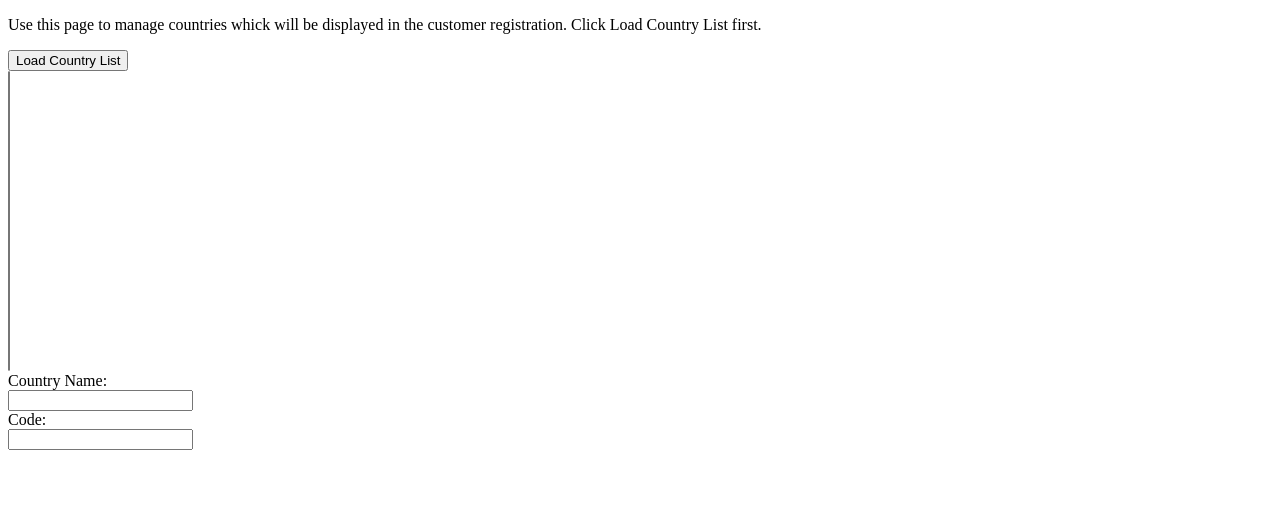
Repository: theAnh-js/Spring-Boot-E-commerce
Page: http://localhost/settings/states
These files come from the project's save history. The page is drawn as it stood at one moment and after the next save; the edit follows.
The browser window is 1280 px wide. The pictures show the whole page.
The page is this project's Thymeleaf template; nobody is signed in. The template is opened directly, without the code that normally fills it, so the values that code supplies are empty.

Above is the page before, as saved 2024-02-15 14:29:53.

After the next save:
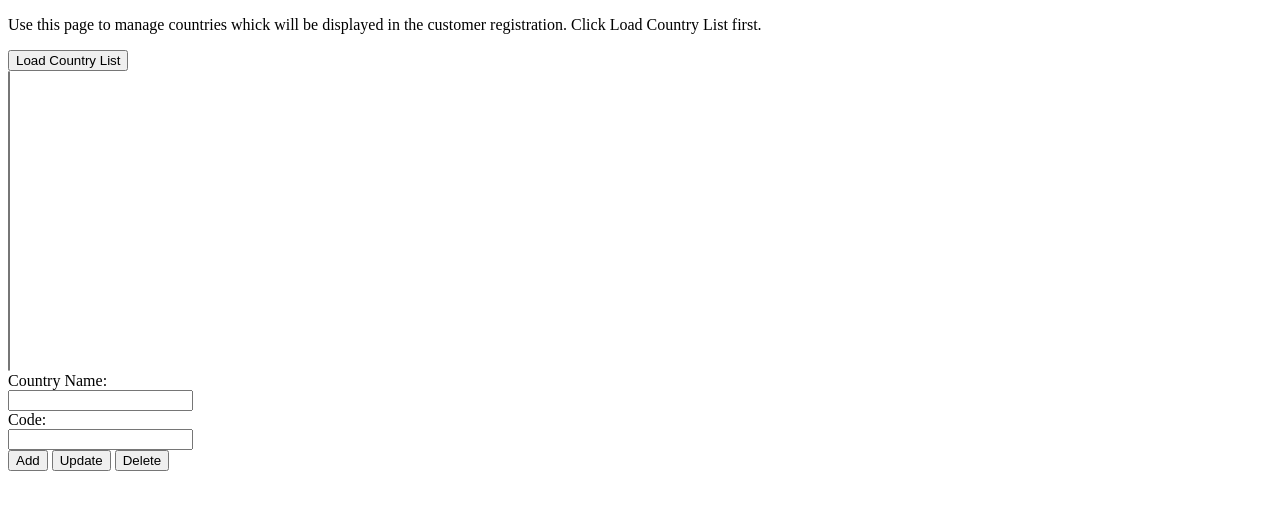
Saved 2 min 6 s later.
--- a/ShopmeProject/ShopmeWebParent/ShopmeBackEnd/src/main/resources/templates/settings/states.html
+++ b/ShopmeProject/ShopmeWebParent/ShopmeBackEnd/src/main/resources/templates/settings/states.html
@@ -26,6 +26,12 @@
 		<div class="col-md">
 			<input type="text" class="form-control" id="fieldCountryCode"/>
 		</div>
+
+		<div class="col-lg-4">
+			<input type="button" value="Add" class="btn btn-secondary mr-2"/>
+			<input type="button" value="Update" class="btn btn-secondary mr-2"/>
+			<input type="button" value="Delete" class="btn btn-secondary"/>
+		</div>
 	</div>
 
 </div>
